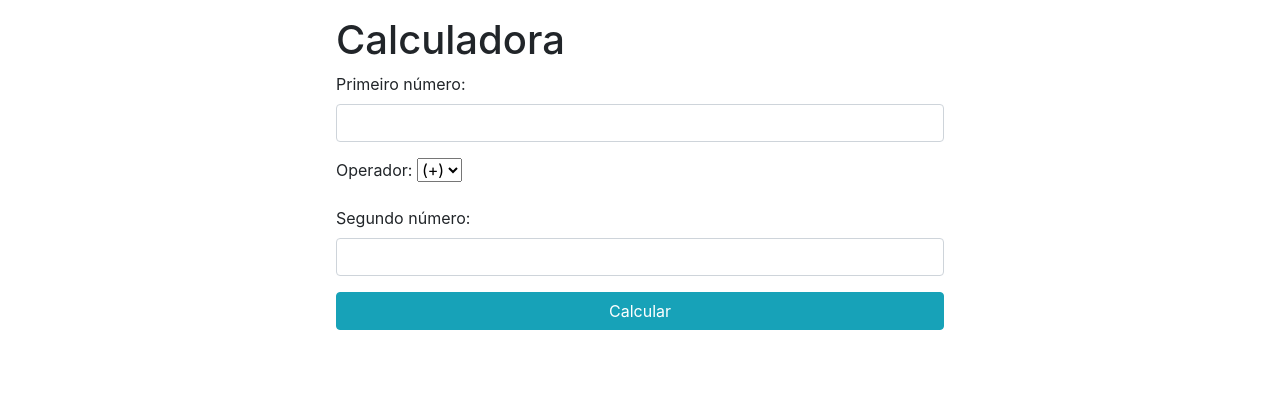
Repository: babirms/DAC
Page: Calculadora/WebContent/home.html
The author's editor kept a copy of each file at every save. The page is drawn from the files as they stood at one save, then again after the next save.
The browser window is 1280 px wide. The pictures show the whole page.

Above is the page before, as saved 2020-09-20 23:08:17.
Console error (its wording comes from the project's code and is left out).

### Calculadora/WebContent/home.html
<!DOCTYPE html>
<html>
<head>
<meta charset="ISO-8859-1">
<title>Calculadora - Página Inicial</title>
<link href="bootstrap/css/bootstrap.min.css" rel="stylesheet"
	type="text/css" />
<script type="text/javascript" src="bootstrap/js/bootstrap.min.js"></script>
</head>
<body>
	<div class="d-flex flex-column align-items-center">
		<div class="container w-50 p-3">
			<h1>Calculadora</h1>
			<form action="CalculadoraServlet" method="get">
				<div class="form-group">
					<label for="primeiroNum">Primeiro número: </label> <input
						type="number" class="form-control" name="primeiroValue"
						id="primeiroNum ">
				</div>
				<div class="form-group">
					<label>Operador: </label> <select name="operacao">
						<option value="soma">(+)</option>
						<option value="sub">(-)</option>
						<option value="mul">(*)</option>
						<option value="div">(/)</option>
					</select>
				</div>
				<div class="form-group">
					<label for="segundoNum">Segundo número: </label> <input
						type="number" id="segundoNum" class="form-control"
						name="segundoValue">
				</div>
				<button class="btn btn-info btn-block" type="submit">Calcular</button>
			</form>
		</div>
	</div>

</body>
</html>

Loaded but not shown: Calculadora/WebContent/bootstrap/css/bootstrap.min.css (library); Calculadora/WebContent/bootstrap/js/bootstrap.min.js (library)

After the next save:
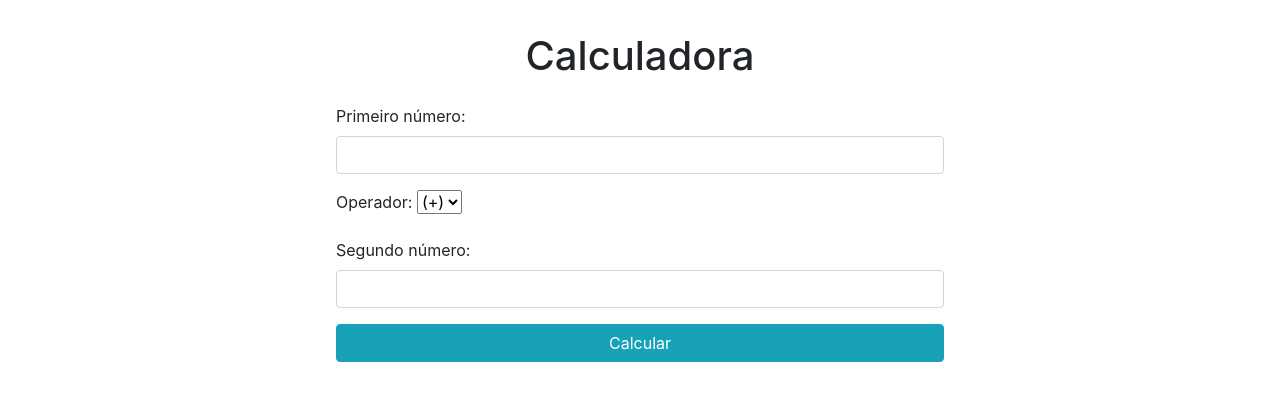
Saved 5 s later.
--- a/Calculadora/WebContent/home.html
+++ b/Calculadora/WebContent/home.html
@@ -10,7 +10,7 @@
 <body>
 	<div class="d-flex flex-column align-items-center">
 		<div class="container w-50 p-3">
-			<h1>Calculadora</h1>
+			<h1 class="p-3 text-center">Calculadora</h1>
 			<form action="CalculadoraServlet" method="get">
 				<div class="form-group">
 					<label for="primeiroNum">Primeiro número: </label> <input
